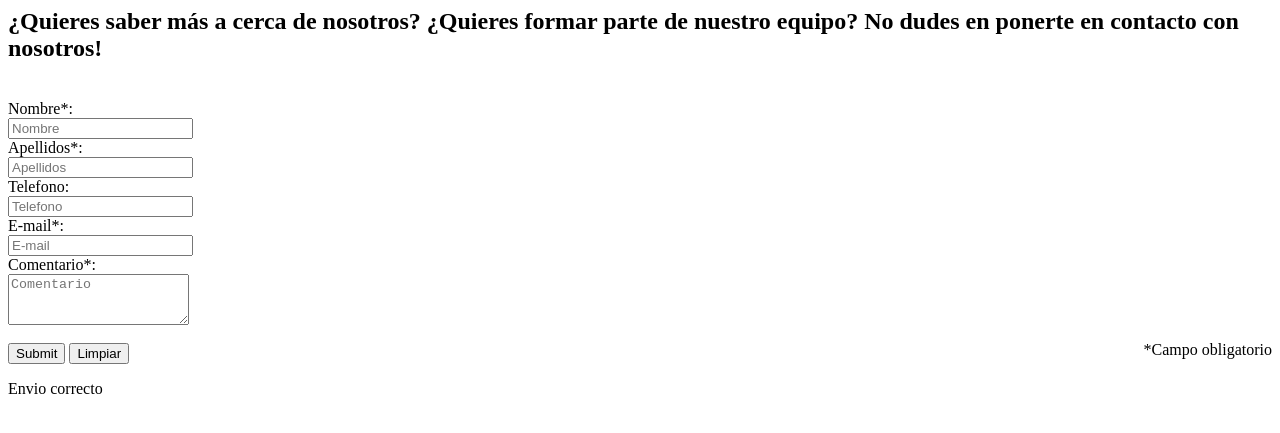
Repository: DiegoGodoy/atletiblue
Page: app/views/contacto.html
The author's editor kept a record of every edit. The page is drawn from the files as they stood at one moment, then again after the next edit.
The browser window is 1280 px wide. The pictures show the whole page.

Above is the page before.

After the next edit:
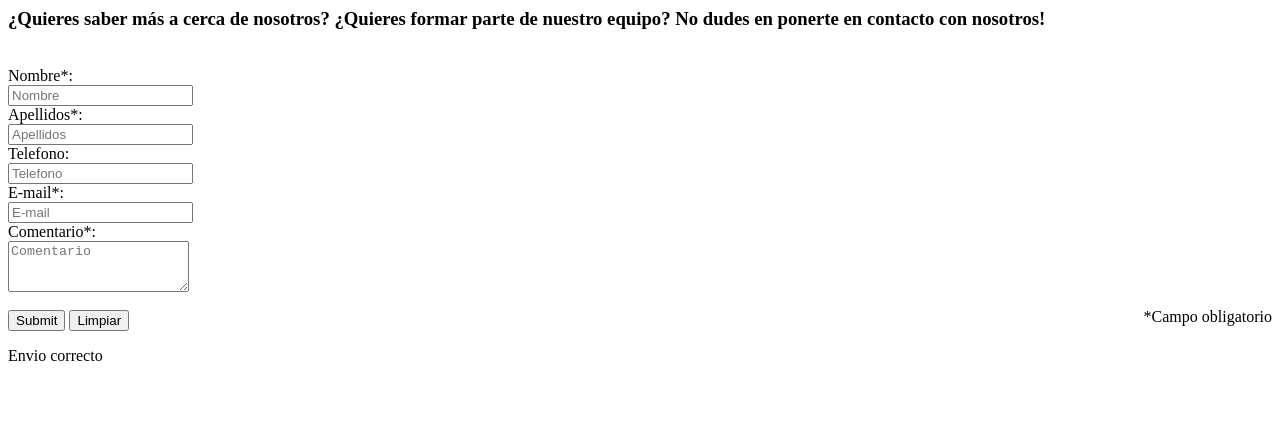
The edit:
--- a/app/views/contacto.html
+++ b/app/views/contacto.html
@@ -5,7 +5,8 @@
                 <div class="panel">
                     <div class="panel-body">
                         <div>
-                        <h2 id="conta">¿Quieres saber más a cerca de nosotros? ¿Quieres formar parte de nuestro equipo? No dudes en ponerte en contacto con nosotros!</h2>
+                        <h3 id="contacto">¿Quieres saber más a cerca de nosotros? ¿Quieres formar parte de nuestro equipo? No dudes en ponerte en contacto con
+                            nosotros!</h3>
                         </div>
                         <br>
 
